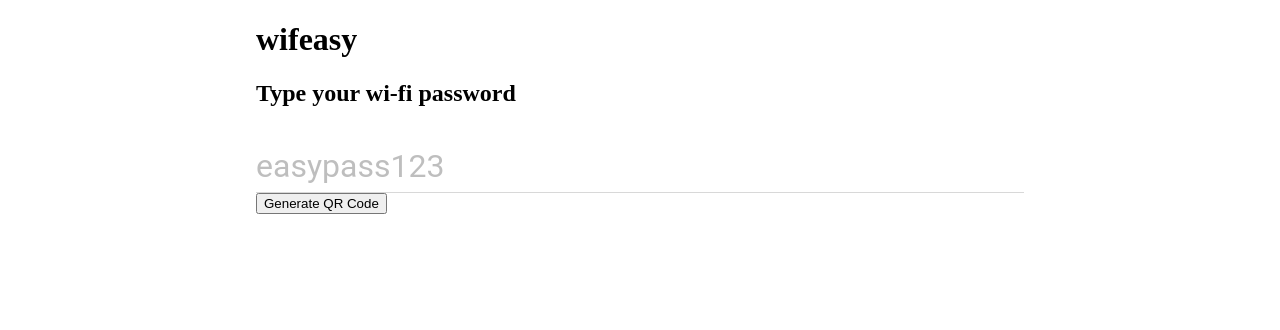
Repository: akagabi/wifeasy
Page: index.html
These files come from the project's save history. The page is drawn as it stood at one moment and after the next save; the edit follows.
The browser window is 1280 px wide. The pictures show the whole page.

Above is the page before, as saved 2018-12-25 12:47:31.

After the next save:
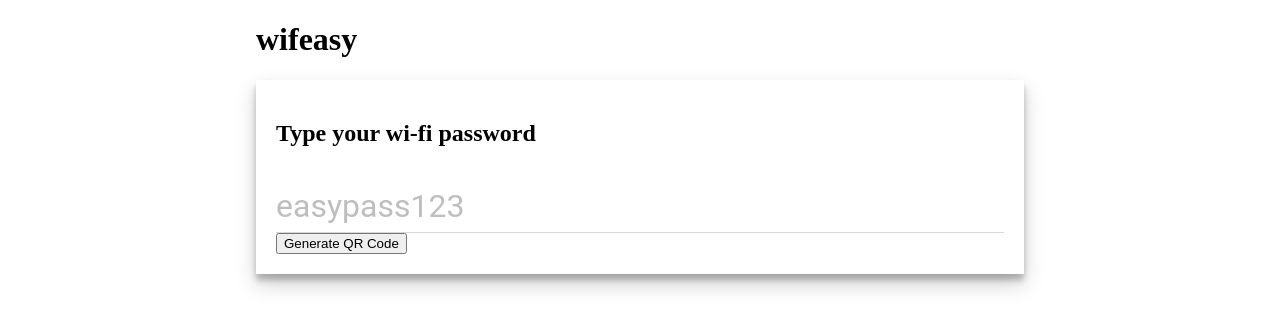
Saved 2 min 58 s later.
--- a/style.css
+++ b/style.css
@@ -72,3 +72,8 @@
     pointer-events: none;
     transition: all 0.125s ease-in-out;
   }
+
+  .steps {
+    box-shadow: 0 10px 20px rgba(0,0,0,0.19), 0 6px 6px rgba(0,0,0,0.23);
+    padding: 20px;
+  }
